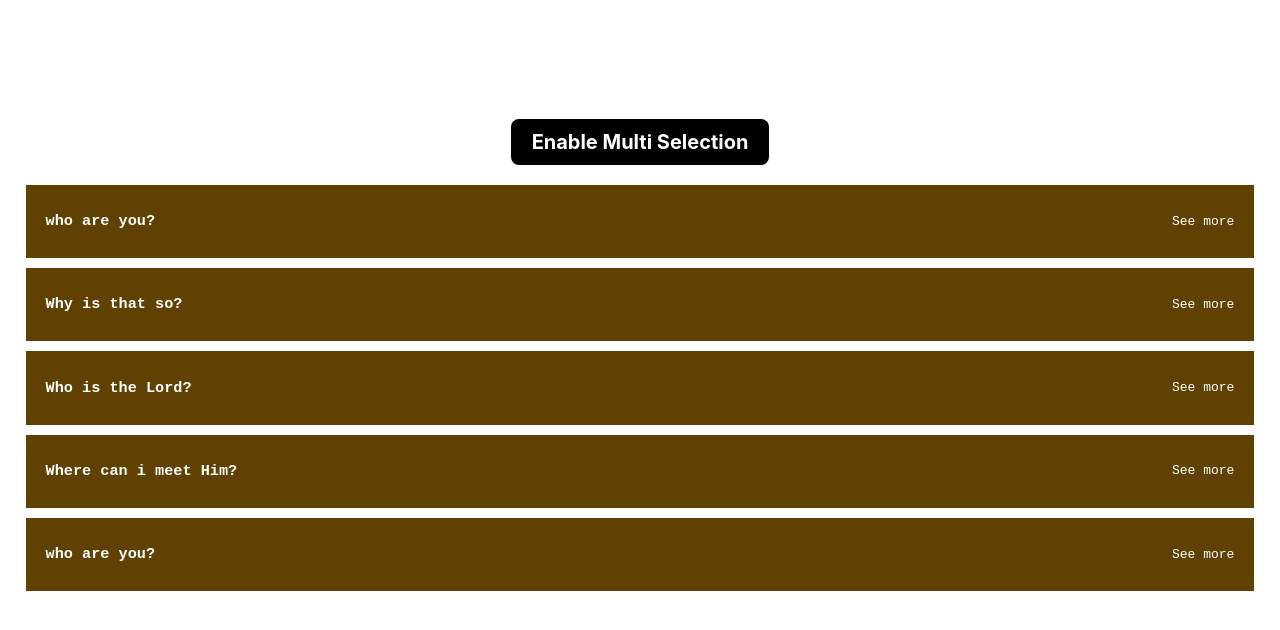
Repository: profbkmurage/reactprojectsBK
Page: /
These files come from the project's save history. The page is drawn as it stood at one moment and after a run of saves; the edit follows.
The browser window is 1280 px wide. The pictures show the whole page.
The project was rebuilt for these pictures with package versions that can differ from the ones it lists, and the page was loaded fresh each time. Also part of the build but not shown: vite.config.js.

Above is the page before, as saved 2025-02-23 09:56:31.

### src/App.jsx
import Accordian from './components/accordian'

function App () {
  return <Accordian />
}
export default App

### src/components/accordian/index.jsx
import { useState } from 'react'
import data from './data.js'
import './style.css'

export default function Accordian () {
    const [selected, setSelected] = useState(null) //keeps track of a sigle selected item
     const [enableMultipleSelection, setEnableMultipleSelection] = useState(false)
    const [multipleSelection, setMultipleSelection] = useState([])//keeps track of multiple selected item.

  function handleSigleSelection (getCurrentId) {
    setSelected(getCurrentId === selected ? null : getCurrentId) //if the current id is already selected, it will not display it twice otherwise it will display it
  }

  function handleMultiSelection (getCurrentId) {
    let copyMultiple = [...multipleSelection]
    const findIndexOfCurrentId = copyMultiple.indexOf(getCurrentId)
    if (findIndexOfCurrentId === -1) copyMultiple.push(getCurrentId)
    else copyMultiple.splice(findIndexOfCurrentId, 1)

    setMultipleSelection(copyMultiple)
  }
//   console.log(selected, multipleSelection)
  return (
    <div className='wrapper'>
      <button
        onClick={() => setEnableMultipleSelection(!enableMultipleSelection)}
      >
        Enable Multi Selection
      </button>
      <div className='accordian'>
        {data && data.length > 0 ? (
          data.map(dataItem => (
            <div key={dataItem.id} className='item'>
              <div
                onClick={
                  enableMultipleSelection
                    ? () => handleMultiSelection(dataItem.id)
                    : () => handleSigleSelection(dataItem.id)
                } //we check to see if the multiselction mode is enabled and use its funtion otherwise we use the single selection mode
                className='title'
              >
                <h3>{dataItem.question}</h3>
                <span>See more</span>
              </div>
              {selected === dataItem.id ||
              multipleSelection.indexOf(dataItem.id) !== -1 ? (
                <div className='content'>{dataItem.answer}</div>
              ) : null}
            </div>
          ))
        ) : (
          <div>No data found</div>
        )}
      </div>
    </div>
  )
}

### src/components/accordian/data.js
const data = [
    {
        id: '1',
        question: 'who are you?',
        answer: 'i am whom the Lord says i am'
    },
    {
        id: '2',
        question: 'Why is that so?',
        answer: 'i am whom the Lord says i am'
    },
    {
        id: '3',
        question: 'Who is the Lord?',
        answer: 'i am whom the Lord says i am'
    },
    {
        id: '4',
        question: 'Where can i meet Him?',
        answer: 'i am whom the Lord says i am'
    },
    {
        id: '5',
        question: 'who are you?',
        answer: 'i am whom the Lord says i am'
    }
];

export default data;

### src/components/accordian/style.css
.wrapper {
    display: flex;
    height: 100vh;
    width: 100vw;
    justify-content: center;
    align-items: center;
    flex-direction: column;
    gap: 20px;
    overflow: hidden;
}

.wrapper button {
    cursor: pointer;
    font-weight: bold;
    font-size: 20px;
    color: white;
    background-color: black;
    padding: 10px 20px;
}

.accordian {
    width: 96vw;
}

.item {
    background: #614101;
    margin-bottom: 10px;
    padding: 10px 20px;
    font-family: monospace;
}

.title {
    color: #fff;
    display: flex;
    justify-content: space-between;
    align-items: center;
    cursor: pointer;
}

.content {
    color: white;
    height: auto;
}

Loaded but not shown: index.html (common file); src/main.jsx (common file); src/index.css (common file)

After the next 2 saves:
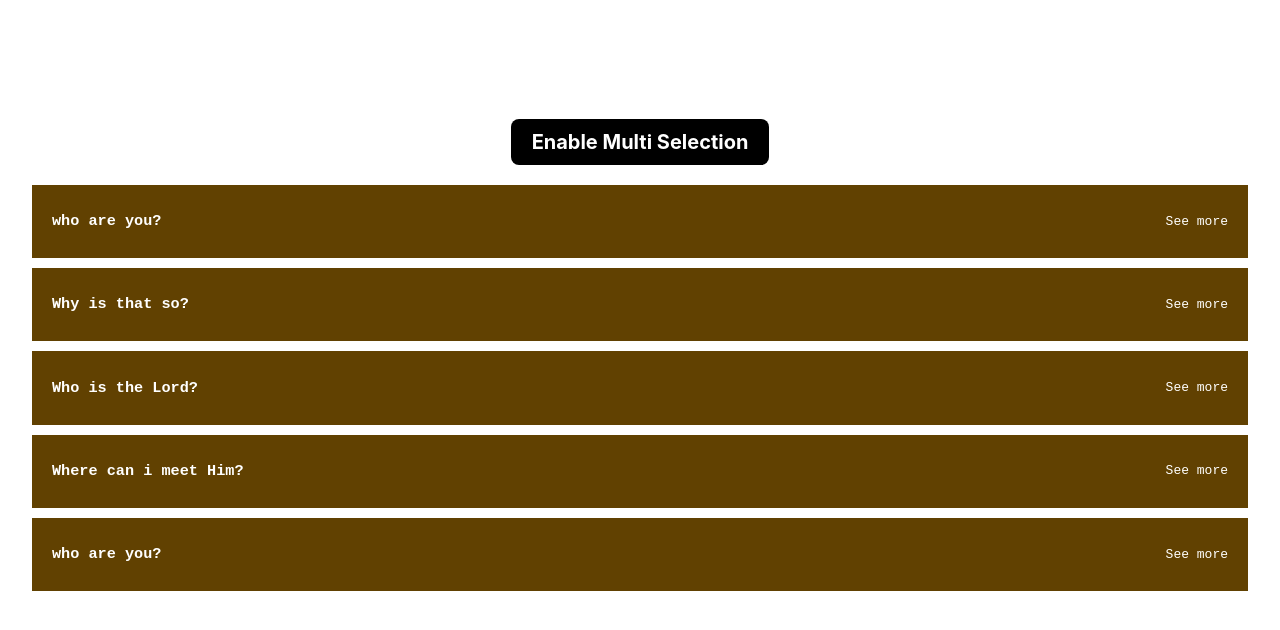
The 2 saves are shown as one change because they came seconds apart.
The last was saved 6 s later.
--- a/src/components/accordian/style.css
+++ b/src/components/accordian/style.css
@@ -19,7 +19,7 @@
 }
 
 .accordian {
-    width: 96vw;
+    width: 95vw;
 }
 
 .item {
